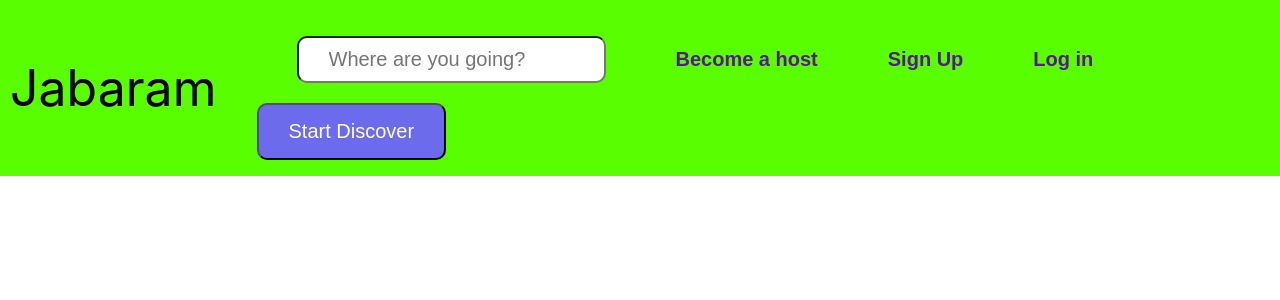
Repository: manahiang/Jabaram-web
Page: / (app in src/)
An editor plug-in stored every save of this project. The page is shown before and after the next save, followed by the edit.
The browser window is 1280 px wide. The pictures show the whole page.
The project was rebuilt for these pictures with package versions that can differ from the ones it lists, and the page was loaded fresh each time. Also part of the build but not shown: src/src/App.css.

Above is the page before, as saved 2022-11-30 09:36:47.

After the next save:
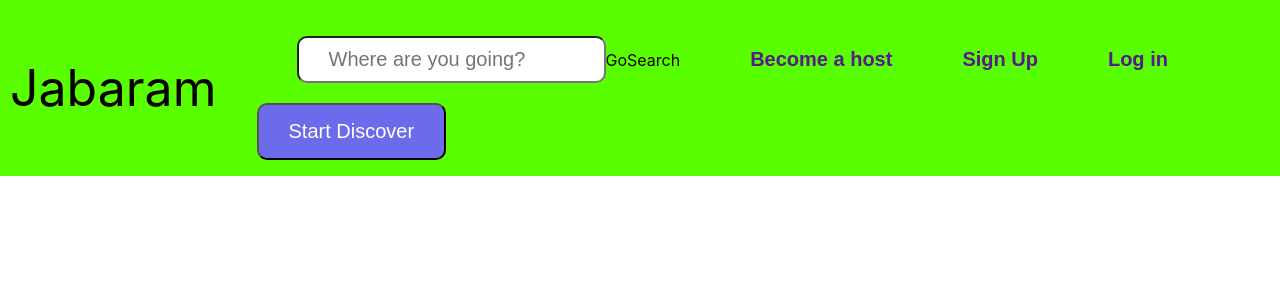
Saved 6 min 15 s later.
--- a/src/src/header.js
+++ b/src/src/header.js
@@ -8,7 +8,7 @@ function Header() {
                 <div className='menu'>
                     <ul>
                         <li><input placeholder='Where are you going?' />
-                        <span></span>
+                        <span>GoSearch</span>
                         </li>
                         <li><a href=''>Become a host</a></li>
                         <li><a href=''>Sign Up</a></li>
